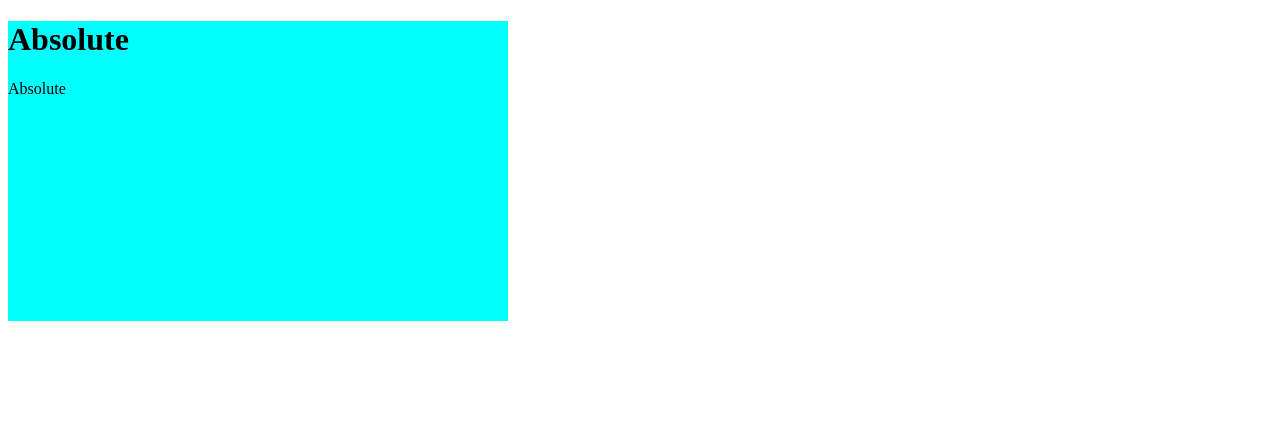
Repository: tandoan-teaching/teaching
Page: ltt/web/exercises/exercise2/position/test.html
An editor plug-in stored every save of this project. The page is shown before and after the next save, followed by the edit.
The browser window is 1280 px wide. The pictures show the whole page.

Above is the page before, as saved 2024-03-23 08:26:38.

After the next save:
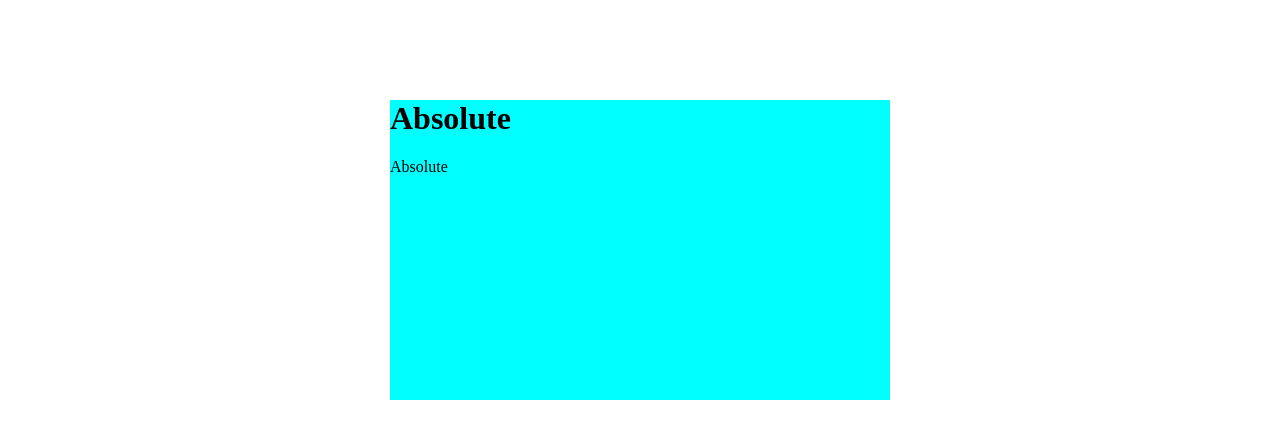
Saved 12 s later.
--- a/ltt/web/exercises/exercise2/position/test.html
+++ b/ltt/web/exercises/exercise2/position/test.html
@@ -10,6 +10,7 @@
             width: 500px;
             height: 300px;
             background-color: aqua;
+            margin: 100px auto;
         }
 
     </style>
